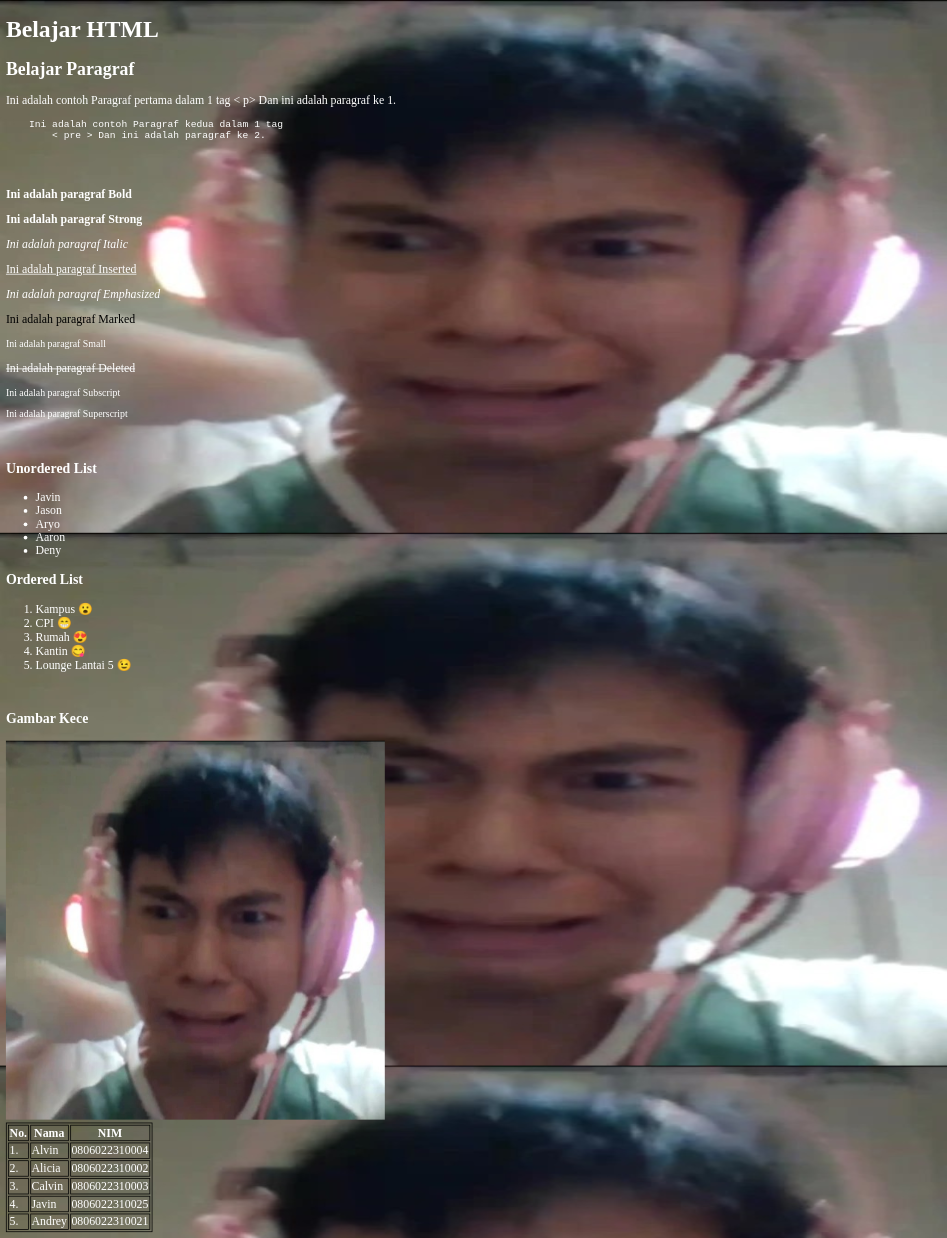
Repository: Gibekkk/WebPro
Page: Tugas HTML 1/index.html
An editor plug-in stored every save of this project. The page is shown before and after the next save, followed by the edit.
The browser window is 1280 px wide. The pictures show the whole page, at 74% of full size.
Backgrounds fixed to the window are drawn as part of the page.

Above is the page before, as saved 2024-03-25 10:33:05.

### Tugas HTML 1/index.html
<!DOCTYPE html>
<html lang="en">

<head>
    <meta charset="UTF-8">
    <meta name="viewport" content="width=device-width, initial-scale=1.0">
    <title>Document</title>
    <style>
        table,
        td,
        tr,
        th {
            border: 1px solid black;
        }
    </style>
</head>

<body style="background-image: url(javin.jpg); background-repeat: no-repeat; background-size: 100%; background-attachment: fixed; color: white">
    <h1>Belajar HTML</h1>
    <h2>Belajar Paragraf</h2>
    <p>Ini adalah contoh Paragraf pertama dalam 1 tag
        < p> Dan ini adalah paragraf ke 1.</p>
    <pre>
    Ini adalah contoh Paragraf kedua dalam 1 tag
        < pre > Dan ini adalah paragraf ke 2.
    </pre>
    <br>

    <b>
        <p>Ini adalah paragraf Bold</p>
    </b>
    <strong>
    <p>Ini adalah paragraf Strong</p>
    </strong>
    <i>
    <p>Ini adalah paragraf Italic</p>
    </i>
    <ins>
    <p>Ini adalah paragraf Inserted</p>
    </ins>
    <em>
    <p>Ini adalah paragraf Emphasized</p>
    </em>
    <mark>
        <p>Ini adalah paragraf Marked</p>
    </mark>
    <small>
        <p>Ini adalah paragraf Small</p>
    </small>
    <del>
        <p>Ini adalah paragraf Deleted</p>
    </del>
    <sub>
        <p>Ini adalah paragraf Subscript</p>
    </sub>
    <sup>
        <p>Ini adalah paragraf Superscript</p>
    </sup>
    <br>

    <h3>Unordered List</h3>
    <ul>
        <li>Javin</li>
        <li>Jason</li>
        <li>Aryo</li>
        <li>Aaron</li>
        <li>Deny</li>
    </ul>

    <h3>Ordered List</h3>
    <ol>
        <li>Kampus 😮</li>
        <li>CPI 😁</li>
        <li>Rumah 😍</li>
        <li>Kantin 😋</li>
        <li>Lounge Lantai 5 😉</li>
    </ol>
    <br>
    <h3>Gambar Kece</h3>
    <img src="javin.jpg" alt="Javin" title="Javin">
    <br>
    <table>
        <tr>
            <th>No.</th>
            <th>Nama</th>
            <th>NIM</th>
        </tr>
        <tr>
            <td>1.</td>
            <td>Alvin</td>
            <td>0806022310004</td>
        </tr>
        <tr>
            <td>2.</td>
            <td>Alicia</td>
            <td>0806022310002</td>
        </tr>
        <tr>
            <td>3.</td>
            <td>Calvin</td>
            <td>0806022310003</td>
        </tr>
        <tr>
            <td>4.</td>
            <td>Javin</td>
            <td>0806022310025</td>
        </tr>
        <tr>
            <td>5.</td>
            <td>Andrey</td>
            <td>0806022310021</td>
        </tr>
    </table>
</body>

</html>

After the next save:
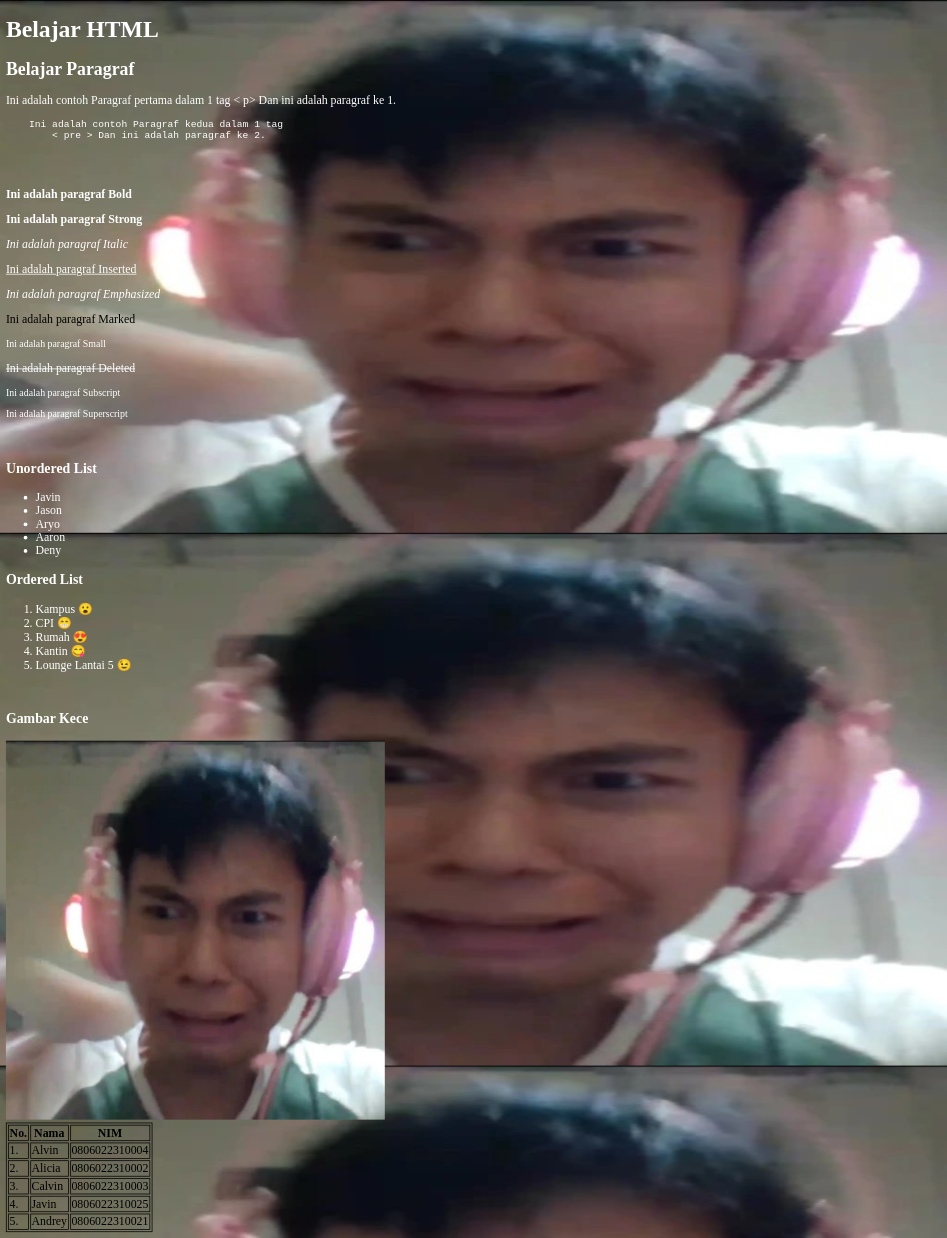
Saved 15 s later.
--- a/Tugas HTML 1/index.html
+++ b/Tugas HTML 1/index.html
@@ -11,6 +11,7 @@
         tr,
         th {
             border: 1px solid black;
+            color: black
         }
     </style>
 </head>
